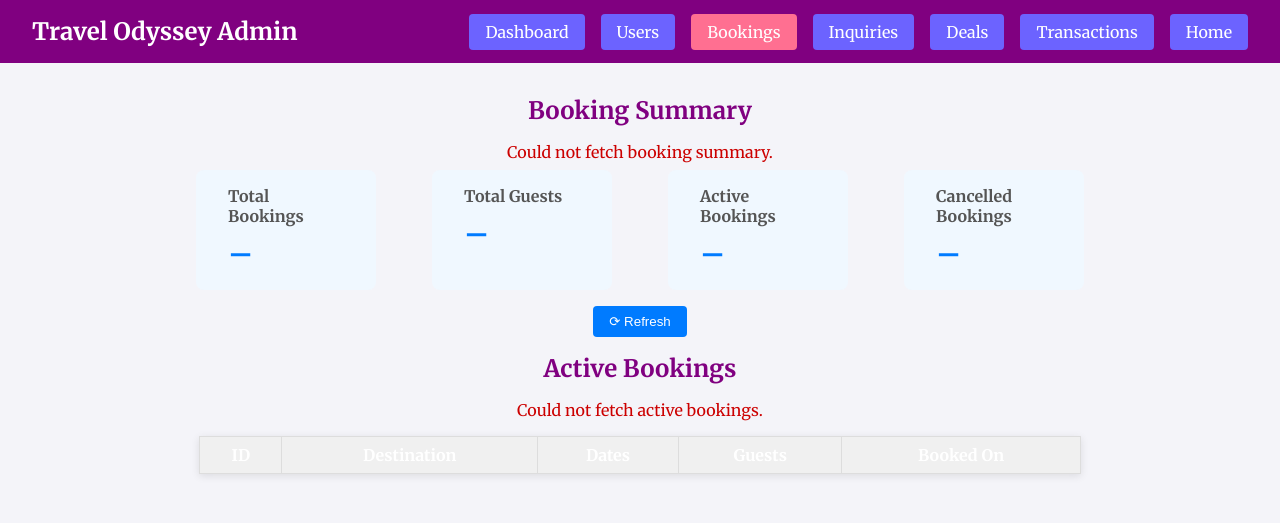
Repository: GHzPhoenix/Project-Odyssey
Page: Frontend/admin-bookings.html
The author's editor kept a copy of each file at every save. The page is drawn from the files as they stood at one save, then again after the next save.
The browser window is 1280 px wide. The pictures show the whole page.
The page's requests for data from a server got no answer.

Above is the page before, as saved 2025-07-22 13:03:42.

After the next save:
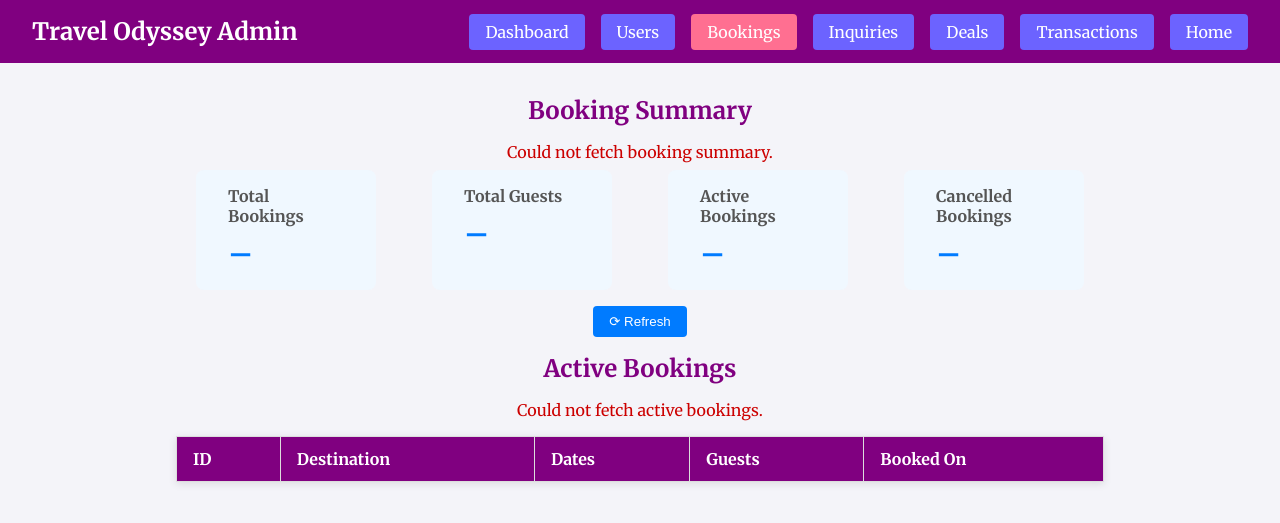
Saved 33 s later.
--- a/Frontend/admin-bookings.html
+++ b/Frontend/admin-bookings.html
@@ -46,20 +46,6 @@
       }
       button.refresh:hover {
         background: #0056b3;
-      }
-      table {
-        width: 95%;
-        margin: 1rem auto;
-        border-collapse: collapse;
-      }
-      th,
-      td {
-        padding: 0.5rem;
-        border: 1px solid #ddd;
-        text-align: center;
-      }
-      th {
-        background: #f0f0f0;
       }
     </style>
   </head>
